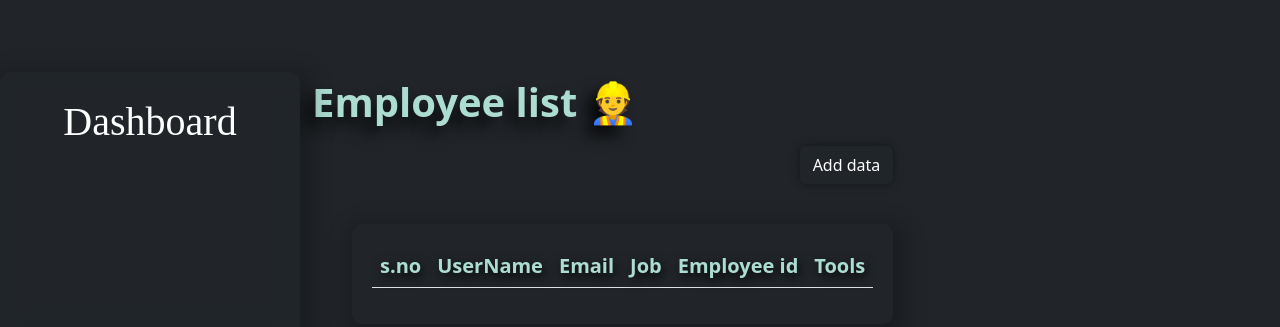
Repository: iamevs/Employee-Management-System
Page: /home (app in client/)
The author's editor kept a copy of each file at every save. The page is drawn from the files as they stood at one save, then again after the next save.
The browser window is 1280 px wide. The pictures show the whole page.
The page's requests for data from a server got no answer. The project was rebuilt for these pictures with package versions that can differ from the ones it lists, and the page was loaded fresh each time. No one was signed in, and anything a server would have sent is missing. Also part of the build but not shown: client/vite.config.js, client/src/components/Register.jsx, client/src/components/Edit.jsx, client/src/components/Hero.jsx. Imported but missing from the stored project, and not drawn on this page: client/src/components/Details.

Above is the page before, as saved 2022-11-29 01:40:20.

After the next save:
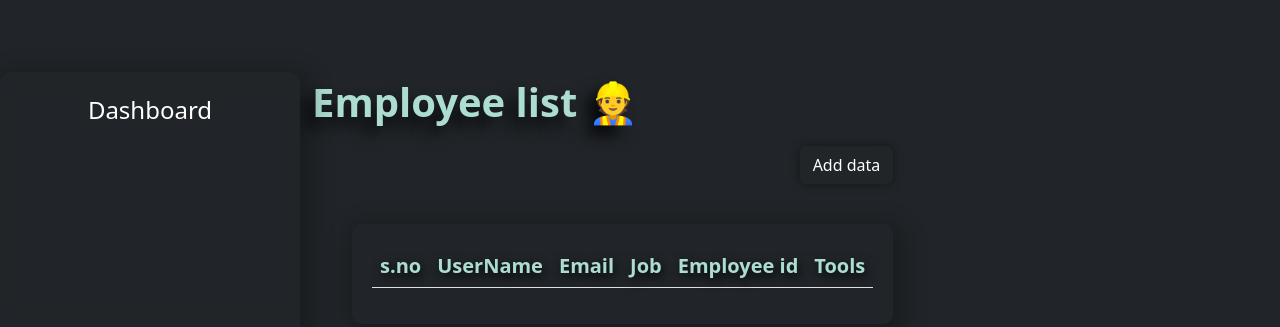
Saved 9 s later.
--- a/client/src/components/Navbar.jsx
+++ b/client/src/components/Navbar.jsx
@@ -56,10 +56,9 @@ const Navbar = () => {
             marginTop: "10vh"
         }}>
             <Box sx={{
-                fontSize: "2.5rem",
+                fontSize: "1.5rem",
                 borderRadius: "10px",
                 marginTop: "20px",
-                fontFamily: "cursive",
             }}>
                 Dashboard
             </Box>
